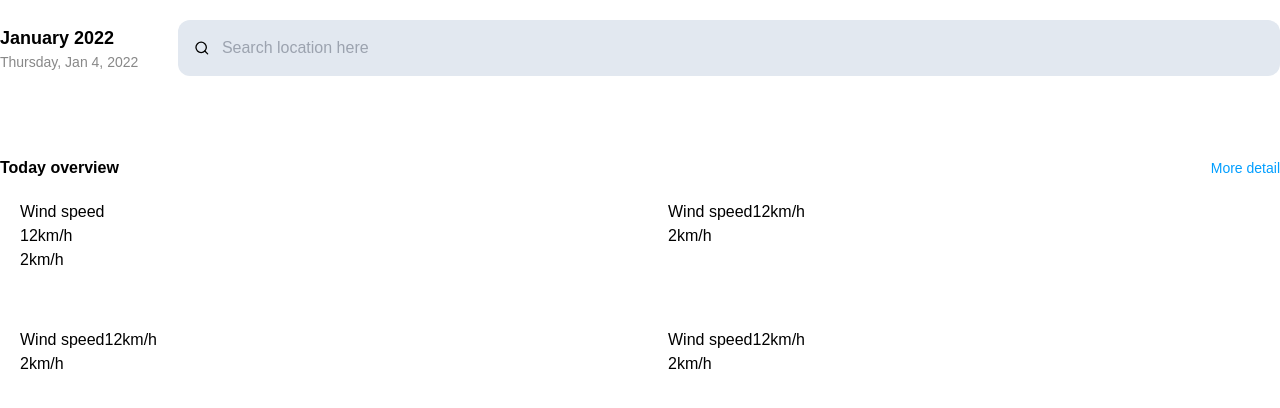
Repository: theweirdboiz/datawarehouse-ui
Page: /
These files come from the project's save history. The page is drawn as it stood at one moment and after the next save; the edit follows.
The browser window is 1280 px wide. The pictures show the whole page.
The project was rebuilt for these pictures with package versions that can differ from the ones it lists, and the page was loaded fresh each time. Also part of the build but not shown: vite.config.js.

Above is the page before, as saved 2022-11-23 16:25:34.

### index.html
<!DOCTYPE html>
<html lang="en">
  <head>
    <meta charset="UTF-8" />
    <link rel="icon" type="image/svg+xml" href="/vite.svg" />
    <meta name="viewport" content="width=device-width, initial-scale=1.0" />
    <title>Weather - Datawarehouse</title>
  </head>
  <body>
    <div id="root"></div>
    <script type="module" src="/src/main.jsx"></script>
  </body>
</html>

### src/App.jsx
import { useState } from "react";
import { FiSearch } from "react-icons/fi";

function App() {
  const date = "font-[900] text-lg";
  const detailDate = "text-sm text-[#888]";

  const contentTop = "mt-[20px] flex items-center gap-x-10 mb-20";
  const contentSearch =
    "content__search p-4 flex items-center gap-x-3 flex-1 rounded-xl bg-slate-200";

  return (
    <div className="container mx-auto">
      <div className="">
        <section className="content">
          <div className={contentTop}>
            <div className="flex-col">
              <h3 className={date}>January 2022</h3>
              <div className={detailDate}>Thursday, Jan 4, 2022</div>
            </div>
            <div className={contentSearch}>
              <FiSearch />
              <input
                className="w-full bg-transparent"
                type="text"
                placeholder="Search location here"
              />
            </div>
          </div>
          <div className="content__detail">
            <div className="flex items-center justify-between">
              <h4 className="font-semibold">Today overview</h4>
              <div className="">
                <button className="text-sm font-medium text-[#009EFF]">
                  More detail
                </button>
              </div>
            </div>
            <div>
              <div className="content__detail-box grid grid-cols-2 gap-4">
                <div className="content__detail-item p-5">
                  <i></i>
                  <div className="speed flex flex-col">
                    <h4>Wind speed</h4>
                    <span>12km/h</span>
                  </div>
                  <span>2km/h</span>
                </div>
                <div className="content__detail-item p-5">
                  <i></i>
                  <div className="speed">
                    Wind speed
                    <span>12km/h</span>
                  </div>
                  <span>2km/h</span>
                </div>
                <div className="content__detail-item p-5">
                  <i></i>
                  <div className="speed">
                    Wind speed
                    <span>12km/h</span>
                  </div>
                  <span>2km/h</span>
                </div>
                <div className="content__detail-item p-5">
                  <i></i>
                  <div className="speed">
                    Wind speed
                    <span>12km/h</span>
                  </div>
                  <span>2km/h</span>
                </div>
              </div>
            </div>
          </div>
        </section>
      </div>
    </div>
  );
}

export default App;

### src/index.scss
@tailwind base;
@tailwind components;
@tailwind utilities;

@layer base {
  @import url("https://fonts.googleapis.com/css2?family=Poppins:wght@300;500;600;900&display=swap");

  *,
  *::before,
  *::after {
    box-sizing: border-box;
  }
  * {
    margin: 0;
    padding: 0;
  }
  body {
    line-height: 1.5;
    font-family: "Poppins", sans-serif;
  }
  img,
  picture,
  video,
  canvas,
  svg {
    display: block;
    max-width: 100%;
  }
  input,
  button,
  textarea,
  select {
    outline: none;
  }
  p,
  h1,
  h2,
  h3,
  h4,
  h5,
  h6 {
    overflow-wrap: break-word;
  }
}

Loaded but not shown: src/main.jsx (common file); tailwind.config.cjs (common file)

After the next save:
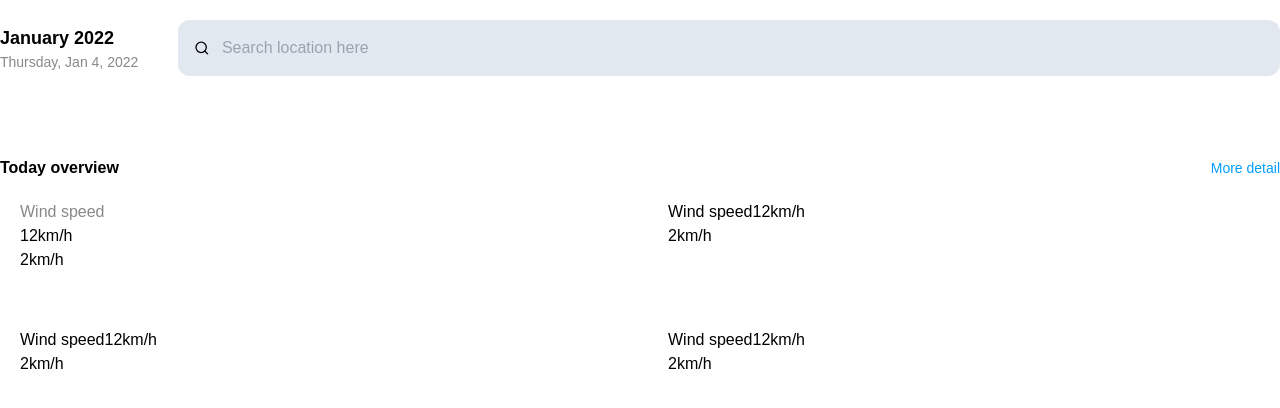
Saved 18 s later.
--- a/src/App.jsx
+++ b/src/App.jsx
@@ -41,7 +41,7 @@ function App() {
                 <div className="content__detail-item p-5">
                   <i></i>
                   <div className="speed flex flex-col">
-                    <h4>Wind speed</h4>
+                    <h4 className="text-[#888]">Wind speed</h4>
                     <span>12km/h</span>
                   </div>
                   <span>2km/h</span>
